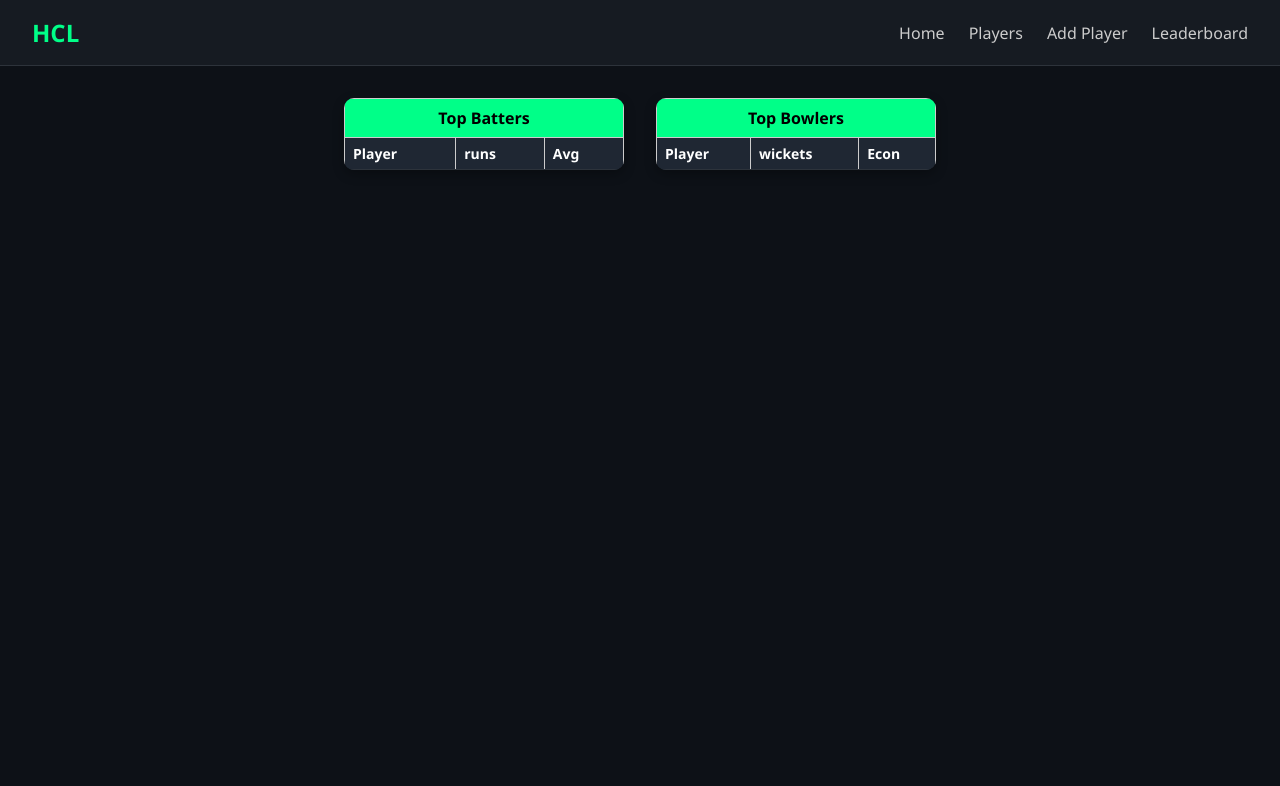
Repository: DanTastic-Dev/HCL
Page: / (app in cricket-app/)
These files come from the project's save history. The page is drawn as it stood at one moment and after the next save; the edit follows.
The browser window is 1280 px wide. The pictures show the whole page.
The page's requests for data from a server got no answer. The project was rebuilt for these pictures with package versions that can differ from the ones it lists, and the page was loaded fresh each time. No one was signed in, and anything a server would have sent is missing. Also part of the build but not shown: cricket-app/src/components/TopPerformers.jsx, cricket-app/src/components/IntroAnimation.css, cricket-app/src/components/PlayerForm.jsx, cricket-app/src/components/PlayerTable.jsx, cricket-app/src/pages/AddPlayerPage.jsx, cricket-app/src/components/PlayerCard.jsx, cricket-app/src/pages/ViewPlayersPage.jsx, cricket-app/src/pages/LeaderboardPage.jsx and 1 more.

Above is the page before, as saved 2025-06-18 15:29:07.

### cricket-app/public/index.html
<!DOCTYPE html>
<html lang="en">
  <head>
    <meta charset="UTF-8" />
    <meta name="viewport" content="width=device-width, initial-scale=1.0"/>
    <title>Cricket Stats App</title>
  </head>
  <body>
    <div id="root"></div>
  </body>
</html>

### cricket-app/src/index.js
import React from 'react';
import ReactDOM from 'react-dom/client';
import AppWithAnimation from './AppWithAnimation';
import './index.css';

const root = ReactDOM.createRoot(document.getElementById('root'));
root.render(
    <React.StrictMode>
        <AppWithAnimation />
    </React.StrictMode>
);

### cricket-app/src/AppWithAnimation.jsx
import React, { useState } from 'react';
import App from './App';
import IntroAnimation from './components/IntroAnimation';

const AppWithAnimation = () => {
    const [showIntro, setShowIntro] = useState(true);

    return showIntro ? <IntroAnimation onComplete={() => setShowIntro(false)} /> : <App />;
};

export default AppWithAnimation;

### cricket-app/src/index.css
/* index.css */

* {
  margin: 0;
  padding: 0;
  box-sizing: border-box;
  font-family: 'Segoe UI', Tahoma, Geneva, Verdana, sans-serif;
}

body {
  background-color: #f4f6f8;
  color: #333;
}

button {
  cursor: pointer;
  background-color: #007bff;
  border: none;
  color: white;
  padding: 8px 14px;
  border-radius: 4px;
  transition: background-color 0.2s ease;
}

button:hover {
  background-color: #0056b3;
}

input {
  padding: 8px;
  margin: 4px 0;
  border-radius: 4px;
  border: 1px solid #ccc;
  width: 100%;
}

table {
  width: 100%;
  border-collapse: collapse;
}

th, td {
  padding: 12px;
  border: 1px solid #ccc;
  text-align: left;
}

th {
  background-color: #e9ecef;
}

.container {
  max-width: 1200px;
  margin: 0 auto;
  padding: 20px;
}

/* index.css */
body, html {
  margin: 0;
  padding: 0;
  background-color: #0D1117; /* Deep black */
  color: #FFFFFF;
  font-family: 'Segoe UI', sans-serif;
  min-height: 100vh;
}

### cricket-app/src/App.js
import React from "react";
import { BrowserRouter as Router, Routes, Route } from "react-router-dom";
import HomePage from "./pages/HomePage";
import AddPlayerPage from "./pages/AddPlayerPage";
import ViewPlayersPage from "./pages/ViewPlayersPage";
import LeaderboardPage from "./pages/LeaderboardPage";
import EditPlayerPage from "./pages/EditPlayerPage"; // ✅ Add this line
import Navbar from "./components/Navbar";

const App = () => {
    return (
        <Router>
            <div style={{
                backgroundColor: "#0D1117",
                color: "#FFFFFF",
                minHeight: "100vh"
            }}>
                <Navbar />
                <Routes>
                    <Route path="/" element={<HomePage />} />
                    <Route path="/add" element={<AddPlayerPage />} />
                    <Route path="/players" element={<ViewPlayersPage />} />
                    <Route path="/leaderboard" element={<LeaderboardPage />} />
                    <Route path="/edit/:id" element={<EditPlayerPage />} /> {/* ✅ Add this */}
                </Routes>
            </div>
        </Router>
    );
};

export default App;

### cricket-app/src/components/IntroAnimation.jsx
import React, { useEffect, useState, useMemo } from "react";
import "./IntroAnimation.css";

const IntroAnimation = ({ topBatter, topBowler, onComplete }) => {
  const [displayText, setDisplayText] = useState("");
  const [stepIndex, setStepIndex] = useState(0);
  const [charIndex, setCharIndex] = useState(0);
  const [isTyping, setIsTyping] = useState(true);

  // 🛡️ If required data is missing, skip the intro
  useEffect(() => {
    if (!topBatter || !topBowler) {
      console.warn("Missing topBatter or topBowler, skipping intro animation");
      onComplete?.();
    }
  }, [topBatter, topBowler, onComplete]);

  const batterAvg =
    topBatter?.innings - topBatter?.notOuts > 0
      ? (topBatter.runs / (topBatter.innings - topBatter.notOuts)).toFixed(2)
      : "-";

  const batterSR =
    topBatter?.ballsFaced > 0
      ? ((topBatter.runs / topBatter.ballsFaced) * 100).toFixed(2)
      : "-";

  const bowlerEco =
    topBowler?.overs > 0
      ? (topBowler.runsGiven / topBowler.overs).toFixed(2)
      : "-";

  const steps = useMemo(() => {
    if (!topBatter || !topBowler) return [];

    return [
      `🏏 ${topBatter.runs} runs... ${batterAvg} avg... ${batterSR} SR...`,
      `🔥 Top Run Getter`,
      `${topBatter.name}`,
      `🎯 ${topBowler.wickets} wickets... ${bowlerEco} economy...`,
      `🔥 Top Wicket Taker`,
      `${topBowler.name}`,
    ];
  }, [topBatter, topBowler, batterAvg, batterSR, bowlerEco]);

  const isNameStep = stepIndex === 2 || stepIndex === 5;
  const isTitleStep = stepIndex === 1 || stepIndex === 4;

  useEffect(() => {
    if (!steps.length || !isTyping) return;

    const currentText = steps[stepIndex];
    if (charIndex < currentText.length) {
      const timeout = setTimeout(() => {
        setDisplayText((prev) => prev + currentText[charIndex]);
        setCharIndex((prev) => prev + 1);
      }, 30);
      return () => clearTimeout(timeout);
    } else {
      setIsTyping(false);
      setTimeout(() => {
        setCharIndex(0);
        setDisplayText("");
        if (stepIndex < steps.length - 1) {
          setStepIndex((prev) => prev + 1);
          setIsTyping(true);
        } else {
          setTimeout(() => onComplete?.(), 800);
        }
      }, 1200);
    }
  }, [charIndex, isTyping, stepIndex, steps, onComplete]);

  return (
    <div
      style={{
        height: "100vh",
        backgroundColor: "#0D1117",
        color: "#00FF88",
        display: "flex",
        alignItems: "center",
        justifyContent: "center",
        fontSize: isNameStep ? "3rem" : "2.3rem",
        fontWeight: "bold",
        fontFamily: "monospace",
        letterSpacing: "1.5px",
        textAlign: "center",
        padding: "0 2rem",
        transition: "font-size 0.3s ease-in-out",
      }}
    >
      <span className={isNameStep ? "reveal-name" : isTitleStep ? "reveal-title" : ""}>
        {steps.length > 0 ? displayText : ""}
      </span>
    </div>
  );
};

export default IntroAnimation;

### cricket-app/src/pages/HomePage.jsx
import React, { useEffect, useState } from "react";
import TopPerformers from "../components/TopPerformers";
import MiniLeaderboards from "../components/MiniLeaderboards";
import IntroAnimation from "../components/IntroAnimation";

const HomePage = () => {
  const [players, setPlayers] = useState([]);
  const [showIntro, setShowIntro] = useState(false);
  const [topBatter, setTopBatter] = useState(null);
  const [topBowler, setTopBowler] = useState(null);

  useEffect(() => {
    const hasPlayedIntro = sessionStorage.getItem("hasPlayedIntro");

    fetch("http://localhost:5000/players")
      .then((res) => res.json())
      .then((data) => {
        setPlayers(data);

        const sortedBatters = [...data].sort((a, b) => b.runs - a.runs);
        const sortedBowlers = [...data].sort((a, b) => b.wickets - a.wickets);

        setTopBatter(sortedBatters[0]);
        setTopBowler(sortedBowlers[0]);

        // Only show intro if it hasn't already played
        if (!hasPlayedIntro) {
          setShowIntro(true);
        }
      });
  }, []);

  const handleIntroComplete = () => {
    sessionStorage.setItem("hasPlayedIntro", "true");
    setShowIntro(false);
  };

  return (
    <div style={{ backgroundColor: "#0D1117", color: "#FFFFFF", minHeight: "100vh" }}>
      {showIntro && topBatter && topBowler ? (
        <IntroAnimation
          topBatter={topBatter}
          topBowler={topBowler}
          onComplete={handleIntroComplete}
        />
      ) : (
        <>
          <TopPerformers players={players} />
          <MiniLeaderboards players={players} />
        </>
      )}
    </div>
  );
};

export default HomePage;

### cricket-app/src/components/Navbar.jsx
// src/components/Navbar.js
import React from "react";
import { Link } from "react-router-dom";

const Navbar = () => {
    return (
        <nav style={{
            backgroundColor: "#161B22",
            padding: "1rem 2rem",
            display: "flex",
            alignItems: "center",
            justifyContent: "space-between",
            borderBottom: "1px solid #2D333B",
            position: "sticky",
            top: 0,
            zIndex: 1000
        }}>
            <div style={{ fontSize: "1.5rem", fontWeight: "bold", color: "#00FF88" }}>
                HCL
            </div>
            <div style={{ display: "flex", gap: "1.5rem" }}>
                <Link to="/" style={navLinkStyle}>Home</Link>
                <Link to="/players" style={navLinkStyle}>Players</Link>
                <Link to="/add" style={navLinkStyle}>Add Player</Link>
                <Link to="/leaderboard" style={navLinkStyle}>Leaderboard</Link>
            </div>
        </nav>
    );
};

const navLinkStyle = {
    color: "#ccc",
    textDecoration: "none",
    fontSize: "1rem",
    transition: "color 0.3s",
};

export default Navbar;

### cricket-app/src/components/MiniLeaderboards.jsx
import React from "react";

const MiniLeaderboards = ({ players }) => {
    const topBatters = [...players].sort((a, b) => b.runs - a.runs).slice(0, 5);
    const topBowlers = [...players].sort((a, b) => b.wickets - a.wickets).slice(0, 5);

    const getBattingAverage = (player) =>
        player.innings - player.notOuts > 0
            ? (player.runs / (player.innings - player.notOuts)).toFixed(2)
            : "-";

    const getEconomy = (player) =>
        player.overs > 0
            ? (player.runsGiven / player.overs).toFixed(2)
            : "-";

    return (
        <div style={{
            display: "flex",
            justifyContent: "center",
            flexWrap: "wrap",
            gap: "2rem",
            padding: "2rem",
            backgroundColor: "#0D1117",
            color: "#ffffff"
        }}>
            {[{ title: "Top Batters", data: topBatters, keys: ["runs", "Avg"] }, { title: "Top Bowlers", data: topBowlers, keys: ["wickets", "Econ"] }]
                .map((section, i) => (
                    <div
                        key={i}
                        style={{
                            transition: 'transform 0.3s ease, box-shadow 0.3s ease',
                            borderRadius: "10px",
                            backgroundColor: "#161B22",
                            boxShadow: "0 4px 12px rgba(0,0,0,0.3)",
                            overflow: "hidden",
                            width: "280px"
                        }}
                        onMouseEnter={(e) => {
                            e.currentTarget.style.transform = 'translateY(-4px)';
                            e.currentTarget.style.boxShadow = '0 0 12px rgba(0, 255, 136, 0.5)';
                        }}
                        onMouseLeave={(e) => {
                            e.currentTarget.style.transform = 'translateY(0)';
                            e.currentTarget.style.boxShadow = '0 4px 12px rgba(0,0,0,0.3)';
                        }}
                    >
                        <table style={{ width: "100%", borderCollapse: "collapse", fontSize: "14px" }}>
                            <thead style={{ backgroundColor: "#1f2733" }}>
                                <tr>
                                    <th colSpan="3" style={{
                                        backgroundColor: "#00FF88",
                                        color: "#000",
                                        padding: "8px",
                                        fontSize: "16px",
                                        fontWeight: "bold",
                                        textAlign: "center"
                                    }}>
                                        {section.title}
                                    </th>
                                </tr>
                                <tr>
                                    <th style={{
                                        padding: "6px 8px",
                                        textAlign: "left",
                                        color: "#ffffff",
                                        backgroundColor: "#1f2733",
                                        borderBottom: "1px solid #2D333B"
                                    }}>Player</th>
                                    <th style={{
                                        padding: "6px 8px",
                                        textAlign: "left",
                                        color: "#ffffff",
                                        backgroundColor: "#1f2733",
                                        borderBottom: "1px solid #2D333B"
                                    }}>{section.keys[0]}</th>
                                    <th style={{
                                        padding: "6px 8px",
                                        textAlign: "left",
                                        color: "#ffffff",
                                        backgroundColor: "#1f2733",
                                        borderBottom: "1px solid #2D333B"
                                    }}>{section.keys[1]}</th>
                                </tr>
                            </thead>
                            <tbody>
                                {section.data.map((player, idx) => (
                                    <tr key={player._id} style={{ borderBottom: "1px solid #2D333B" }}>
                                        <td style={{ padding: "6px 8px" }}> {player.name}</td>
                                        <td style={{ padding: "6px 8px" }}>
                                            {section.keys[0] === "runs" ? player.runs : player.wickets}
                                        </td>
                                        <td style={{ padding: "6px 8px" }}>
                                            {section.keys[1] === "Avg"
                                                ? getBattingAverage(player)
                                                : getEconomy(player)}
                                        </td>
                                    </tr>
                                ))}
                            </tbody>
                        </table>
                    </div>
                ))}
        </div>
    );
};

export default MiniLeaderboards;

After the next save:
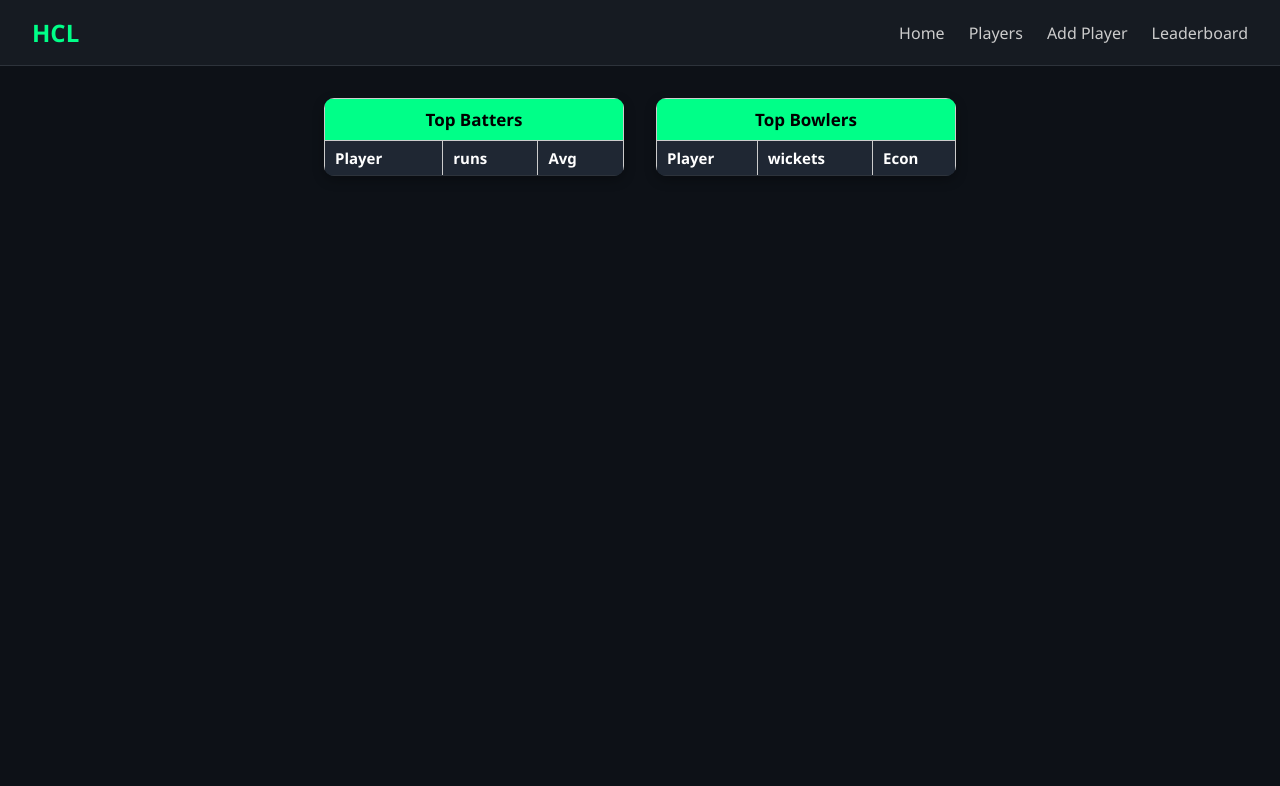
Saved 73 s later.
--- a/cricket-app/src/components/MiniLeaderboards.jsx
+++ b/cricket-app/src/components/MiniLeaderboards.jsx
@@ -34,7 +34,7 @@ const MiniLeaderboards = ({ players }) => {
                             backgroundColor: "#161B22",
                             boxShadow: "0 4px 12px rgba(0,0,0,0.3)",
                             overflow: "hidden",
-                            width: "280px"
+                            width: "300px"
                         }}
                         onMouseEnter={(e) => {
                             e.currentTarget.style.transform = 'translateY(-4px)';
@@ -45,14 +45,14 @@ const MiniLeaderboards = ({ players }) => {
                             e.currentTarget.style.boxShadow = '0 4px 12px rgba(0,0,0,0.3)';
                         }}
                     >
-                        <table style={{ width: "100%", borderCollapse: "collapse", fontSize: "14px" }}>
+                        <table style={{ width: "100%", borderCollapse: "collapse", fontSize: "15px" }}>
                             <thead style={{ backgroundColor: "#1f2733" }}>
                                 <tr>
                                     <th colSpan="3" style={{
                                         backgroundColor: "#00FF88",
                                         color: "#000",
-                                        padding: "8px",
-                                        fontSize: "16px",
+                                        padding: "9px",
+                                        fontSize: "17px",
                                         fontWeight: "bold",
                                         textAlign: "center"
                                     }}>
@@ -61,21 +61,21 @@ const MiniLeaderboards = ({ players }) => {
                                 </tr>
                                 <tr>
                                     <th style={{
-                                        padding: "6px 8px",
+                                        padding: "7px 10px",
                                         textAlign: "left",
                                         color: "#ffffff",
                                         backgroundColor: "#1f2733",
                                         borderBottom: "1px solid #2D333B"
                                     }}>Player</th>
                                     <th style={{
-                                        padding: "6px 8px",
+                                        padding: "7px 10px",
                                         textAlign: "left",
                                         color: "#ffffff",
                                         backgroundColor: "#1f2733",
                                         borderBottom: "1px solid #2D333B"
                                     }}>{section.keys[0]}</th>
                                     <th style={{
-                                        padding: "6px 8px",
+                                        padding: "7px 10px",
                                         textAlign: "left",
                                         color: "#ffffff",
                                         backgroundColor: "#1f2733",
@@ -86,11 +86,11 @@ const MiniLeaderboards = ({ players }) => {
                             <tbody>
                                 {section.data.map((player, idx) => (
                                     <tr key={player._id} style={{ borderBottom: "1px solid #2D333B" }}>
-                                        <td style={{ padding: "6px 8px" }}> {player.name}</td>
-                                        <td style={{ padding: "6px 8px" }}>
+                                        <td style={{ padding: "7px 10px" }}>{idx + 1}. {player.name}</td>
+                                        <td style={{ padding: "7px 10px" }}>
                                             {section.keys[0] === "runs" ? player.runs : player.wickets}
                                         </td>
-                                        <td style={{ padding: "6px 8px" }}>
+                                        <td style={{ padding: "7px 10px" }}>
                                             {section.keys[1] === "Avg"
                                                 ? getBattingAverage(player)
                                                 : getEconomy(player)}
